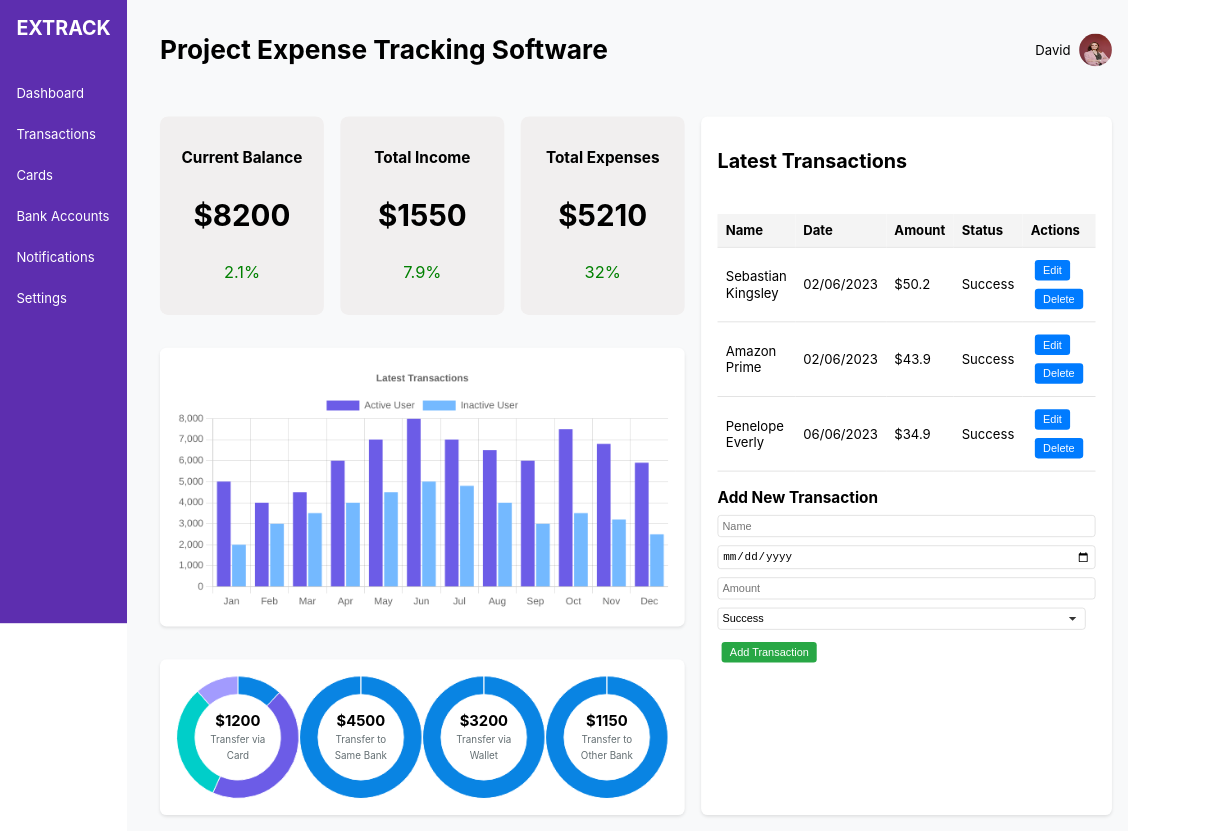
Repository: ChristhurasaRoshan/Expense-Tracker
Page: /dashboard
The author's editor kept a copy of each file at every save. The page is drawn from the files as they stood at one save, then again after the next save.
The browser window is 1280 px wide. The page is 1376 px wide, then 1472 px, then 1376 px, so the pictures cover 1472 px, including what lies to the right of the window. The pictures show the whole page, at 82% of full size.
The project was rebuilt for these pictures with package versions that can differ from the ones it lists, and the page was loaded fresh each time.

Above is the page before, as saved 2024-08-21 22:10:09.

### src/Components/Sidebar.jsx
import React from 'react';
import '../Styles/Sidebar.css';

const Sidebar = () => {
  return (
    <div className="sidebar">
      <div className="logo">EXTRACK</div>
      <ul>
        <li>Dashboard</li>
        <li>Transactions</li>
        <li>Cards</li>
        <li>Bank Accounts</li>
        <li>Notifications</li>
        <li>Settings</li>
      </ul>
    </div>
  );
};

export default Sidebar;

### src/Components/Header.jsx
import React from 'react';
import '../Styles/Header.css';

const Header = () => {
  return (
    <div className="header">
      <h1>Project Expense Tracking Software</h1>
      <div className="user-profile">
        <span>David</span>
        <img src="user-profile.jpg" alt="Profile" />
      </div>
    </div>
  );
};

export default Header;

### src/Components/Dashboard.jsx
import React from 'react';
import Card from './Card';
import TransactionList from './TransactionList';
import ExpenseChart from './ExpenseChart';
import AmountTransfer from './AmountTransfer';
import '../Styles/Dashboard.css';

const Dashboard = () => {
  return (
    <div className="dashboard">
      <div className="dashboard-left">
        <div className="dashboard-header">
          <Card title="Current Balance" amount="$8200" percentage="2.1%" />
          <Card title="Total Income" amount="$1550" percentage="7.9%" />
          <Card title="Total Expenses" amount="$5210" percentage="32%" />
        </div>
        <ExpenseChart />
        <AmountTransfer />
      </div>
      <div className="dashboard-right">
        <div className="latest-transactions">
          <h2>Latest Transactions</h2>
          <TransactionList />
        </div>
      </div>
    </div>
  );
};

export default Dashboard;

### src/App.css
.app {
  display: flex;
}

.main-content {
  flex: 1;
  background-color: #f8f9fa;
  padding-left: 20px;
}

### src/Styles/Sidebar.css
.sidebar {
    width: 250px;
    background-color: #5d2eaf;
    color: white;
    height: 100vh;
    padding: 20px;
  }

  .logo {
    font-size: 24px;
    font-weight: bold;
    margin-bottom: 40px;
  }

  .sidebar ul {
    list-style: none;
    padding: 0;
  }

  .sidebar ul li {
    padding: 15px 0;
    cursor: pointer;
  }

  .sidebar ul li:hover {
    background-color: rgba(255, 255, 255, 0.1);
  }

### src/Styles/Header.css
.header {
    display: flex;
    justify-content: space-between;
    align-items: center;
    padding: 20px;
  }

  .user-profile {
    display: flex;
    align-items: center;
  }

  .user-profile span {
    margin-right: 10px;
  }

  .user-profile img {
    width: 40px;
    height: 40px;
    border-radius: 50%;
  }

### src/Components/Card.jsx
import React from 'react';
import '../Styles/Card.css';

const Card = ({ title, amount, percentage }) => {
  return (
    <div className="card">
      <h3>{title}</h3>
      <p className="amount">{amount}</p>
      <p className="percentage">{percentage}</p>
    </div>
  );
};

export default Card;

### src/Components/ExpenseChart.jsx
import React from 'react';
import { Bar } from 'react-chartjs-2';
import { Chart as ChartJS, CategoryScale, LinearScale, BarElement, Title, Tooltip, Legend } from 'chart.js';
import '../Styles/ExpenseChart.css';


ChartJS.register(CategoryScale, LinearScale, BarElement, Title, Tooltip, Legend);

const ExpenseChart = () => {
  const data = {
    labels: ['Jan', 'Feb', 'Mar', 'Apr', 'May', 'Jun', 'Jul', 'Aug', 'Sep', 'Oct', 'Nov', 'Dec'],
    datasets: [
      {
        label: 'Active User',
        data: [5000, 4000, 4500, 6000, 7000, 8000, 7000, 6500, 6000, 7500, 6800, 5900],
        backgroundColor: '#6c5ce7',
      },
      {
        label: 'Inactive User',
        data: [2000, 3000, 3500, 4000, 4500, 5000, 4800, 4000, 3000, 3500, 3200, 2500],
        backgroundColor: '#74b9ff',
      },
    ],
  };

  const options = {
    responsive: true,
    plugins: {
      legend: {
        position: 'top',
      },
      title: {
        display: true,
        text: 'Latest Transactions',
      },
    },
  };

  return (
    <div className="chart-container">
      <Bar data={data} options={options} />
    </div>
  );
};

export default ExpenseChart;

### src/Components/AmountTransfer.jsx
import React from 'react';
import { Doughnut } from 'react-chartjs-2';
import { Chart as ChartJS, ArcElement, Tooltip, Legend } from 'chart.js';
import '../Styles/AmountTransfer.css';

ChartJS.register(ArcElement, Tooltip, Legend);

const AmountTransfer = () => {
  const data = {
    labels: ['Transfer via Card', 'Transfer to Same Bank', 'Transfer via Wallet', 'Transfer to Other Bank'],
    datasets: [
      {
        data: [1200, 4500, 3200, 1150],
        backgroundColor: ['#0984e3', '#6c5ce7', '#00cec9', '#a29bfe'],
        hoverBackgroundColor: ['#74b9ff', '#a29bfe', '#81ecec', '#dfe6e9'],
        borderWidth: 1,
      },
    ],
  };

  const options = {
    responsive: true,
    plugins: {
      legend: {
        display: false,
      },
    },
    cutout: '70%',
  };

  return (
    <div className="amount-transfer-container">
      <div className="doughnut-chart">
        <Doughnut data={data} options={options} />
        <div className="chart-label">
          <p>$1200</p>
          <span>Transfer via Card</span>
        </div>
      </div>
      <div className="doughnut-chart">
        <Doughnut data={{ ...data, datasets: [{ ...data.datasets[0], data: [4500] }] }} options={options} />
        <div className="chart-label">
          <p>$4500</p>
          <span>Transfer to Same Bank</span>
        </div>
      </div>
      <div className="doughnut-chart">
        <Doughnut data={{ ...data, datasets: [{ ...data.datasets[0], data: [3200] }] }} options={options} />
        <div className="chart-label">
          <p>$3200</p>
          <span>Transfer via Wallet</span>
        </div>
      </div>
      <div className="doughnut-chart">
        <Doughnut data={{ ...data, datasets: [{ ...data.datasets[0], data: [1150] }] }} options={options} />
        <div className="chart-label">
          <p>$1150</p>
          <span>Transfer to Other Bank</span>
        </div>
      </div>
    </div>
  );
};

export default AmountTransfer;

### src/Styles/Dashboard.css
.dashboard {
    display: flex;
    gap: 20px;
    padding: 20px;
  }

  .dashboard-left {
    display: flex;
    flex-direction: column;
    gap: 20px;
  }

  .dashboard-header {
    display: flex;
    justify-content: space-between;
    gap: 20px;
  }

  .dashboard-right {
    background-color: #fff;
    padding: 20px;
    border-radius: 8px;
    box-shadow: 0 2px 4px rgba(0, 0, 0, 0.1);
  }

  .latest-transactions {
    margin-top: 20px;
  }

  .latest-transactions h2 {
    margin-bottom: 20px;
  }

  .chart-container,
  .amount-transfer-container {
    background-color: #fff;
    padding: 20px;
    border-radius: 8px;
    box-shadow: 0 2px 4px rgba(0, 0, 0, 0.1);
  }

### src/Styles/Card.css
.card {
    background-color: #f1efef;
    border-radius: 10px;
    padding: 20px;
    width: 30%;
    text-align: center;
  }

  .card .amount {
    font-size: 36px;
    font-weight: bold;
  }

  .card .percentage {
    color: green;
    font-size: 20px;
  }

### src/Styles/TransactionList.css
.transaction-list {
  max-width: 800px;
  margin: 50px auto;
}

table {
  width: 100%;
  border-collapse: collapse;
}

th, td {
  padding: 10px;
  border-bottom: 1px solid #ddd;
}

th {
  background-color: #f4f4f4;
  text-align: left;
}

input[type="text"], input[type="date"], select {
  padding: 5px;
  width: calc(100% - 10px);
  margin-bottom: 10px;
  border: 1px solid #ddd;
  border-radius: 4px;
}

button {
  padding: 5px 10px;
  margin: 5px;
  border: none;
  background-color: #007BFF;
  color: white;
  cursor: pointer;
  border-radius: 4px;
}

button:hover {
  background-color: #0056b3;
}

.add-transaction {
  margin-top: 20px;
}

.add-transaction h3 {
  margin-bottom: 10px;
}

/* Additional Styles for Dropdown */
select {
  appearance: none; /* Remove default styling */
  background-color: white; /* Ensure background color matches */
  background-image: url('data:[embedded picture, 153 characters]'); /* Custom dropdown arrow */
  background-repeat: no-repeat;
  background-position: right 10px center;
  background-size: 10px 6px;
  width: 100%; /* Make dropdown take full width */
  min-width: 150px; /* Minimum width for better placeholder visibility */
}

select:focus {
  border-color: #0056b3;
  outline: none;
}

.add-transaction input[type="text"],
.add-transaction input[type="date"],
.add-transaction select {
  margin-bottom: 10px;
  width: calc(100% - 12px); /* Adjust width for consistent alignment */
}

.add-transaction button {
  background-color: #28a745; /* Green color for add button */
}

.add-transaction button:hover {
  background-color: #218838;
}

.delete-btn {
  background-color: #dc3545; /* Red color for delete button */
}

.delete-btn:hover {
  background-color: #c82333;
}

### src/Styles/ExpenseChart.css
.chart-container {
    margin-top: 20px;
  }

### src/Styles/AmountTransfer.css
.amount-transfer-container {
    display: flex;
    justify-content: space-between;
    margin-top: 20px;
  }

  .doughnut-chart {
    position: relative;
    width: 150px;
    height: 150px;
  }

  .chart-label {
    position: absolute;
    top: 50%;
    left: 50%;
    transform: translate(-50%, -50%);
    text-align: center;
  }

  .chart-label p {
    margin: 0;
    font-size: 18px;
    font-weight: bold;
  }

  .chart-label span {
    font-size: 12px;
    color: #636e72;
  }

Loaded but not shown: public/index.html (common file); src/index.js (common file); src/index.css (common file); src/reportWebVitals.js (common file); src/slices/transactionSlice.js (29 lines, source omitted); src/App.js (23 lines, source omitted); src/store.js (10 lines, source omitted); src/Components/TransactionList.jsx (145 lines, source omitted)

After the next save:
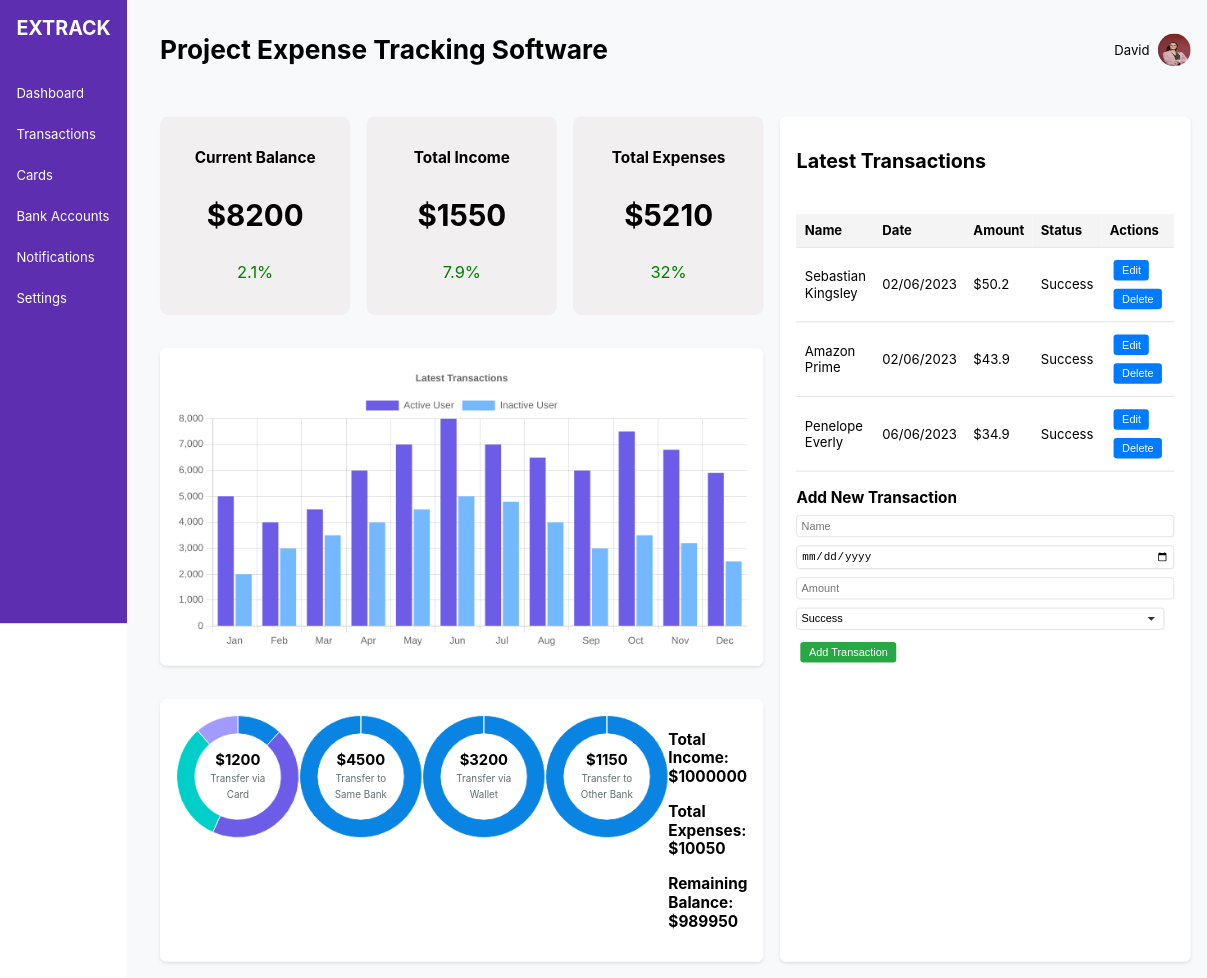
Saved 4 min 17 s later.
--- a/src/Components/AmountTransfer.jsx
+++ b/src/Components/AmountTransfer.jsx
@@ -6,11 +6,47 @@
 ChartJS.register(ArcElement, Tooltip, Legend);
 
 const AmountTransfer = () => {
+  // Total income
+  const totalIncome = 1000000;
+
+  // User input expenses
+  const expenses = {
+    card: 1200,
+    sameBank: 4500,
+    wallet: 3200,
+    otherBank: 1150,
+  };
+
+  // Calculate total expenses
+  const totalExpenses = Object.values(expenses).reduce((acc, value) => acc + value, 0);
+
+  // Calculate percentages
+  const percentages = {
+    card: (expenses.card / totalIncome) * 100,
+    sameBank: (expenses.sameBank / totalIncome) * 100,
+    wallet: (expenses.wallet / totalIncome) * 100,
+    otherBank: (expenses.otherBank / totalIncome) * 100,
+  };
+
+  // Calculate remaining balance
+  const remainingBalance = totalIncome - totalExpenses;
+
+  // Data for the chart
   const data = {
-    labels: ['Transfer via Card', 'Transfer to Same Bank', 'Transfer via Wallet', 'Transfer to Other Bank'],
+    labels: [
+      'Transfer via Card',
+      'Transfer to Same Bank',
+      'Transfer via Wallet',
+      'Transfer to Other Bank',
+    ],
     datasets: [
       {
-        data: [1200, 4500, 3200, 1150],
+        data: [
+          percentages.card,
+          percentages.sameBank,
+          percentages.wallet,
+          percentages.otherBank,
+        ],
         backgroundColor: ['#0984e3', '#6c5ce7', '#00cec9', '#a29bfe'],
         hoverBackgroundColor: ['#74b9ff', '#a29bfe', '#81ecec', '#dfe6e9'],
         borderWidth: 1,
@@ -18,6 +54,7 @@
     ],
   };
 
+  // Chart options
   const options = {
     responsive: true,
     plugins: {
@@ -33,30 +70,35 @@
       <div className="doughnut-chart">
         <Doughnut data={data} options={options} />
         <div className="chart-label">
-          <p>$1200</p>
+          <p>${expenses.card}</p>
           <span>Transfer via Card</span>
         </div>
       </div>
       <div className="doughnut-chart">
-        <Doughnut data={{ ...data, datasets: [{ ...data.datasets[0], data: [4500] }] }} options={options} />
+        <Doughnut data={{ ...data, datasets: [{ ...data.datasets[0], data: [percentages.sameBank] }] }} options={options} />
         <div className="chart-label">
-          <p>$4500</p>
+          <p>${expenses.sameBank}</p>
           <span>Transfer to Same Bank</span>
         </div>
       </div>
       <div className="doughnut-chart">
-        <Doughnut data={{ ...data, datasets: [{ ...data.datasets[0], data: [3200] }] }} options={options} />
+        <Doughnut data={{ ...data, datasets: [{ ...data.datasets[0], data: [percentages.wallet] }] }} options={options} />
         <div className="chart-label">
-          <p>$3200</p>
+          <p>${expenses.wallet}</p>
           <span>Transfer via Wallet</span>
         </div>
       </div>
       <div className="doughnut-chart">
-        <Doughnut data={{ ...data, datasets: [{ ...data.datasets[0], data: [1150] }] }} options={options} />
+        <Doughnut data={{ ...data, datasets: [{ ...data.datasets[0], data: [percentages.otherBank] }] }} options={options} />
         <div className="chart-label">
-          <p>$1150</p>
+          <p>${expenses.otherBank}</p>
           <span>Transfer to Other Bank</span>
         </div>
+      </div>
+      <div className="balance-summary">
+        <h3>Total Income: ${totalIncome}</h3>
+        <h3>Total Expenses: ${totalExpenses}</h3>
+        <h3>Remaining Balance: ${remainingBalance}</h3>
       </div>
     </div>
   );

After the save that followed:
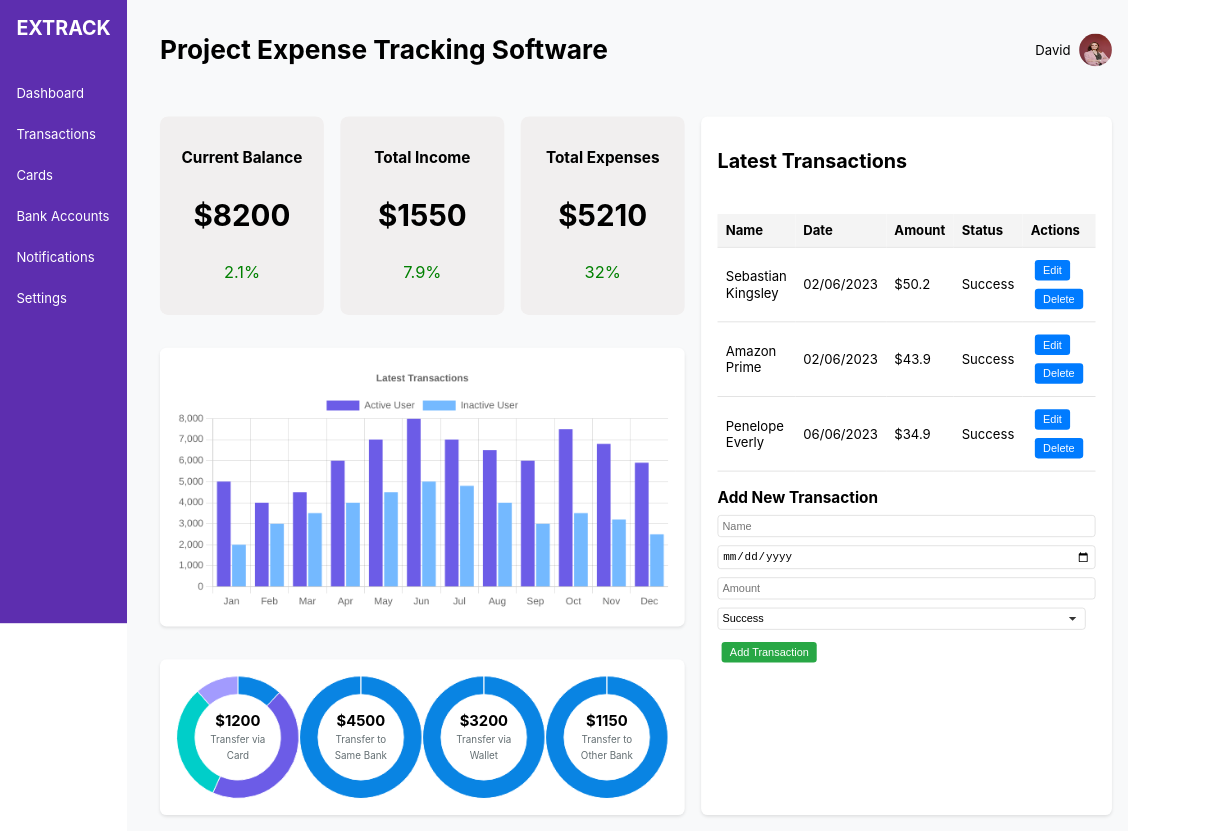
Saved 46 s later.
--- a/src/Components/AmountTransfer.jsx
+++ b/src/Components/AmountTransfer.jsx
@@ -6,47 +6,11 @@
 ChartJS.register(ArcElement, Tooltip, Legend);
 
 const AmountTransfer = () => {
-  // Total income
-  const totalIncome = 1000000;
-
-  // User input expenses
-  const expenses = {
-    card: 1200,
-    sameBank: 4500,
-    wallet: 3200,
-    otherBank: 1150,
-  };
-
-  // Calculate total expenses
-  const totalExpenses = Object.values(expenses).reduce((acc, value) => acc + value, 0);
-
-  // Calculate percentages
-  const percentages = {
-    card: (expenses.card / totalIncome) * 100,
-    sameBank: (expenses.sameBank / totalIncome) * 100,
-    wallet: (expenses.wallet / totalIncome) * 100,
-    otherBank: (expenses.otherBank / totalIncome) * 100,
-  };
-
-  // Calculate remaining balance
-  const remainingBalance = totalIncome - totalExpenses;
-
-  // Data for the chart
   const data = {
-    labels: [
-      'Transfer via Card',
-      'Transfer to Same Bank',
-      'Transfer via Wallet',
-      'Transfer to Other Bank',
-    ],
+    labels: ['Transfer via Card', 'Transfer to Same Bank', 'Transfer via Wallet', 'Transfer to Other Bank'],
     datasets: [
       {
-        data: [
-          percentages.card,
-          percentages.sameBank,
-          percentages.wallet,
-          percentages.otherBank,
-        ],
+        data: [1200, 4500, 3200, 1150],
         backgroundColor: ['#0984e3', '#6c5ce7', '#00cec9', '#a29bfe'],
         hoverBackgroundColor: ['#74b9ff', '#a29bfe', '#81ecec', '#dfe6e9'],
         borderWidth: 1,
@@ -54,7 +18,6 @@
     ],
   };
 
-  // Chart options
   const options = {
     responsive: true,
     plugins: {
@@ -70,35 +33,30 @@
       <div className="doughnut-chart">
         <Doughnut data={data} options={options} />
         <div className="chart-label">
-          <p>${expenses.card}</p>
+          <p>$1200</p>
           <span>Transfer via Card</span>
         </div>
       </div>
       <div className="doughnut-chart">
-        <Doughnut data={{ ...data, datasets: [{ ...data.datasets[0], data: [percentages.sameBank] }] }} options={options} />
+        <Doughnut data={{ ...data, datasets: [{ ...data.datasets[0], data: [4500] }] }} options={options} />
         <div className="chart-label">
-          <p>${expenses.sameBank}</p>
+          <p>$4500</p>
           <span>Transfer to Same Bank</span>
         </div>
       </div>
       <div className="doughnut-chart">
-        <Doughnut data={{ ...data, datasets: [{ ...data.datasets[0], data: [percentages.wallet] }] }} options={options} />
+        <Doughnut data={{ ...data, datasets: [{ ...data.datasets[0], data: [3200] }] }} options={options} />
         <div className="chart-label">
-          <p>${expenses.wallet}</p>
+          <p>$3200</p>
           <span>Transfer via Wallet</span>
         </div>
       </div>
       <div className="doughnut-chart">
-        <Doughnut data={{ ...data, datasets: [{ ...data.datasets[0], data: [percentages.otherBank] }] }} options={options} />
+        <Doughnut data={{ ...data, datasets: [{ ...data.datasets[0], data: [1150] }] }} options={options} />
         <div className="chart-label">
-          <p>${expenses.otherBank}</p>
+          <p>$1150</p>
           <span>Transfer to Other Bank</span>
         </div>
-      </div>
-      <div className="balance-summary">
-        <h3>Total Income: ${totalIncome}</h3>
-        <h3>Total Expenses: ${totalExpenses}</h3>
-        <h3>Remaining Balance: ${remainingBalance}</h3>
       </div>
     </div>
   );
